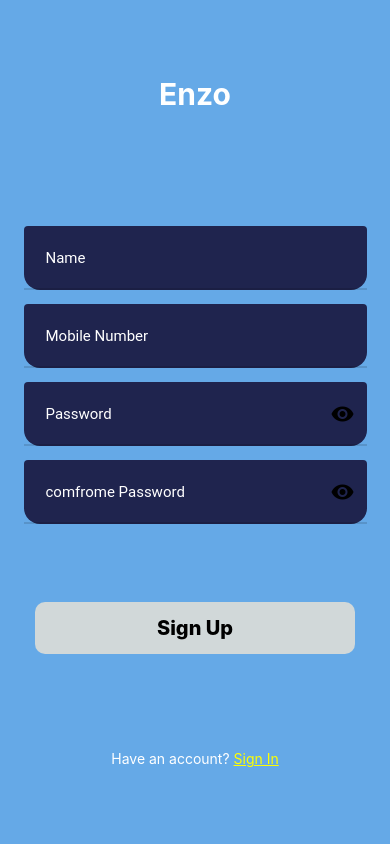
Repository: Milith97/Bus-App
Screen: /, after clicking the first element matching `div.r-transitionProperty-1i6wzkk`
An editor plug-in stored every save of this project. The screen is shown before and after the next save, followed by the edit.
The app was drawn by React Native's web renderer in a window 390 px wide. The project was rebuilt for these pictures with package versions that can differ from the ones it lists, and the page was loaded fresh each time. Also part of the build but not shown: pages/HomePage.js, pages/ForgotPassword.js, pages/VerificationCode.js, pages/NewPassword.js, pages/HomePage2.js, Common/component/DrawerNav.js, pages/BookMySheet.js, pages/BusShedule.js and 1 more.

Above is the screen before, as saved 2024-01-12 09:50:04.

### App.js
import React, { useEffect, useState } from 'react'
import { createStackNavigator } from '@react-navigation/stack';
import { NavigationContainer } from '@react-navigation/native';
import SplashPage from './pages/SplashPage';
import LoginPage from './pages/LoginPage';
import SignUpPage from './pages/SignUpPage';
import HomePage from './pages/HomePage';
import ForgotPassword from './pages/ForgotPassword';
import VerificationCode from './pages/VerificationCode';
import NewPassword from './pages/NewPassword';
import HomePage2 from './pages/HomePage2';
import DrawerNav from './Common/component/DrawerNav';
import BookMySheet from './pages/BookMySheet';
import BusShedule from './pages/BusShedule';
import PaymentPage from './pages/PaymentPage';

const Stack = createStackNavigator();

const App = () => {
    const [isAppReady, setIsAppReady] = useState(false);

    useEffect(() => {
        setTimeout(() => {
            setIsAppReady(true);
        }, 1300); /* Adjust the delay as needed */
    }, []);

    return (
            <NavigationContainer>
                <Stack.Navigator>
                    {isAppReady ? (
                        <>
                            <Stack.Screen options={{ headerShown: false }} name="LoginPage" component={LoginPage} />
                            <Stack.Screen options={{ headerShown: false }} name="SignUpPage" component={SignUpPage} />
                            <Stack.Screen options={{ headerShown: false }} name="WelcomePage" component={HomePage} />
                            <Stack.Screen options={{ headerShown: false }} name="ForgotPassword" component={ForgotPassword} />
                            <Stack.Screen options={{ headerShown: false }} name="VerificationCode" component={VerificationCode} />
                            <Stack.Screen options={{ headerShown: false }} name="NewPassword" component={NewPassword} />
                            <Stack.Screen options={{ headerShown: false }} name="HomePage2" component={HomePage2} />
                            <Stack.Screen options={{ headerShown: false }} name="DrawerNav" component={DrawerNav} />
                            <Stack.Screen options={{ headerShown: false }} name="BookMySheet" component={BookMySheet} />
                            <Stack.Screen options={{ headerShown: false }} name="BusShedule" component={BusShedule} />
                            <Stack.Screen options={{ headerShown: false }} name="PaymentPage" component={PaymentPage} />
                        </>
                    ) : (
                        <Stack.Screen options={{ headerShown: false }} name="SplashScreen" component={SplashPage} />
                    )}


                </Stack.Navigator>
            </NavigationContainer>
    )
}

export default App;

### pages/SplashPage.js
import { StyleSheet, Text, View,StatusBar } from 'react-native'
import React from 'react'


export default function SplashPage() {
    return (

        <View style={styles.container}>
             {/*  -----------------------------SplashScreen----------------------------------- */}
            <StatusBar backgroundColor='#65A9E7'></StatusBar>
            <Text style={styles.Text}>Enzo</Text>
        </View>
    )
}

const styles = StyleSheet.create({
    container: {
        flex: 1,
        backgroundColor: '#65A9E7',
        justifyContent: 'center',
        alignItems: 'center'
    },
    Text: {
        color: "#fff",
        fontSize:50,
        fontWeight:'bold',
        fontFamily:'inter'
    }

})

### pages/LoginPage.js
import React, { useState } from 'react';
import { StyleSheet, Text, View, StatusBar, TextInput, TouchableOpacity, Pressable } from 'react-native'

export default function LoginPage({ navigation }) {
    const [email, setEmail] = useState('');
    const [password, setPassword] = useState('');
    const [errorMessage, setErrorMessage] = useState('');

    const handleSignIn = async () => {
        try {
            const apiEndpoint = 'YOUR_API_ENDPOINT';
            const apiKey = 'YOUR_API_KEY';

            const response = await fetch(apiEndpoint, {
                method: 'POST',
                headers: {
                    'Content-Type': 'application/json',
                    'Authorization': `Bearer ${apiKey}`,
                },
                body: JSON.stringify({
                    email,
                    password,
                }),
            });

            if (!response.ok) {
                setErrorMessage('Invalid credentials');
                return;
            }

            navigation.navigate('HomeScreen');
        } catch (error) {
            console.error('Error during API call:', error);
        }
    };

    return (

        <View style={styles.container}>
            <StatusBar backgroundColor='#65A9E7'></StatusBar>

            {/*  ----------------------------HederTopic------------------------------------ */}

            <View style={styles.heder}>
                <Text style={styles.Text1}>Enzo</Text>
            </View>

            {/* ----------------------------MiddleSection------------------------------- */}

            <View style={styles.TextInput}>
                <TextInput
                    placeholder="Email"
                    placeholderTextColor="#ffffff"
                    style={styles.Text2}
                    onChangeText={(text) => setEmail(text)}
                />
                <TextInput
                    placeholder="Password"
                    placeholderTextColor="#ffffff"
                    style={styles.Text2}
                    secureTextEntry={true}
                    onChangeText={(text) => setPassword(text)}
                />
                <Pressable onPress={() => { navigation.navigate('ForgotPassword') }}>
                    <Text style={styles.Text3}>Forget Password ?</Text>
                </Pressable>

                <TouchableOpacity style={styles.button} onPress={() => { navigation.navigate('SignUpPage') }}>
                    <Text style={styles.buttonText}>Sign In</Text>
                </TouchableOpacity>
            </View>

            {/*  ------------------------------footer---------------------------------- */}

            <View style={styles.footer}>
                <Text style={styles.Text4}>
                    <Text>Dont have an account? </Text>
                </Text>
                <Pressable onPress={() => { navigation.navigate('SignUpPage') }}>
                    <Text style={styles.Text5}>
                        <Text>Sign Up</Text>
                    </Text>
                </Pressable>
            </View>
        </View>
    )
}

const styles = StyleSheet.create({
    container: {
        flex: 1,
        backgroundColor: '#65A9E7',
    },
    heder: {
        flex: 1,
        justifyContent: 'center',
        alignItems: 'center',
    },
    Text1: {
        color: "#fff",
        fontSize: 34,
        fontWeight: 'bold',
        fontFamily: 'Inter'
    },
    Text2: {
        backgroundColor: '#1f244e',
        height: 64,
        width: 343,
        fontSize: 15,
        borderRadius: 16,
        paddingLeft: 10,
        margin: 10,
        fontFamily: 'Inter',
    },
    Text3: {
        fontSize: 14,
        fontWeight: '400',
        color: '#fff',
        marginLeft: '55%',
        lineHeight: 20,
        fontFamily: 'Inter'
    },
    Text4: {
        fontSize: 15,
        fontWeight: '600',
        color: '#fff',
        marginTop: 95
    },
    Text5: {
        fontSize: 15,
        fontWeight: '600',
        color: "yellow",
        marginTop: 95,
        textDecorationLine: 'underline',
    },
    TextInput: {
        flex: 2,
        justifyContent: 'center',
        alignItems: 'center',
    },
    footer: {
        flex: 1,
        flexDirection: "row",
        justifyContent: 'center',
    },
    button: {
        width: 320,
        height: 52,
        justifyContent: 'center',
        alignItems: 'center',
        borderRadius: 10,
        backgroundColor: '#D1D8D9',
        margin: 10,
        marginTop: '10%'
    },
    buttonText: {
        fontSize: 20,
        fontWeight: '800',
        color: "#000",
        fontFamily: 'Inter'
    }
})

### pages/SignUpPage.js
import { StyleSheet, Text, View, TouchableOpacity, Pressable } from 'react-native'
import React, { useState } from 'react';
import { TextInput } from 'react-native-paper';

export default function SignUpPage({ navigation }) {

    const [name, setName] = useState('');
    const [mobileNumber, setMobileNumber] = useState('');
    const [password, setPassword] = useState('');
    const [confirmPassword, setConfirmPassword] = useState('');

    const handleSignUp = () => {
        const userData = {
            name: "John Doe",
            mobileNumber: "1234567890",
            password: "password123",
            confirmPassword: "password123",
        };

        axios.post('https://api.example.com/signup', userData)
            .then(response => {
                console.log(response.data);
                navigation.navigate('HomePage2');
            })
            .catch(error => {
                console.error(error);
            });
    };
    return (
        <View style={styles.container}>

            {/* -----------------------------HederTopic------------------------------------ */}
            <View style={styles.heder}>
                <Text style={styles.Text1}>Enzo</Text>
            </View>

            {/* ------------------------------TextInput------------------------------- */}
            <View style={styles.TextInput}>
                <TextInput
                    placeholder="Name"
                    placeholderTextColor="#ffffff"
                    style={styles.Text2}
                    value={name}
                    onChangeText={text => setName(text)}
                />
                <TextInput
                    placeholder="Mobile Number"
                    placeholderTextColor="#ffffff"
                    style={styles.Text2}
                    value={mobileNumber}
                    onChangeText={text => setMobileNumber(text)}
                />
                <TextInput
                    placeholder="Password"
                    placeholderTextColor="#ffffff"
                    style={styles.Text2}
                    value={password}
                    onChangeText={text => setPassword(text)}
                    right={<TextInput.Icon icon="eye" />}
                />
                <TextInput
                    placeholder="comfrome Password"
                    placeholderTextColor="#ffffff"
                    style={styles.Text2}
                    value={confirmPassword}
                    onChangeText={text => setConfirmPassword(text)}
                    right={<TextInput.Icon icon="eye" />}
                />


            </View>

            {/* ---------------------------ButtonSection----------------------------- */}
            <View style={styles.content}>
                <TouchableOpacity style={styles.button} onPress={() => { navigation.navigate('HomePage2') }}>
                    <Text style={styles.buttonText}>Sign Up</Text>
                </TouchableOpacity>
            </View>

            {/*  ------------------------------footer---------------------------------- */}

            <View style={styles.footer}>
                <View style={styles.Text4}>
                    <Text style={{ color: '#fff' }}>Have an account? </Text>
                </View>
                <Pressable onPress={() => { navigation.navigate('LoginPage') }}>
                    <View style={styles.Text5}>
                        <Text style={{ color: 'yellow' }}>Sign In</Text>
                    </View>
                </Pressable>
            </View>
        </View>
    )
}
const styles = StyleSheet.create({
    container: {
        flex: 1,
        backgroundColor: '#65A9E7',
    },
    heder: {
        flex: 2,
        justifyContent: 'center',
        alignItems: 'center',
    },
    TextInput: {
        flex: 4,
        justifyContent: 'center',
        alignItems: 'center',
    },
    content: {
        flex: 2,
        alignItems: 'center',
    },
    footer: {
        flex: 1,
        flexDirection: "row",
        justifyContent: 'center',
    },
    Text1: {
        color: "#fff",
        fontSize: 30,
        fontWeight: 'bold',
        fontFamily: 'Inter',
    },
    Text2: {
        backgroundColor: '#1f244e',
        height: 64,
        width: 343,
        fontSize: 15,
        borderRadius: 16,
        paddingLeft: 10,
        margin: 7,
        fontFamily: 'Inter',
    },
    Text4: {
        fontSize: 15,
        fontWeight: '600',
        color: "#fff",
    },
    Text5: {
        fontSize: 16,
        fontWeight: '600',
        color: "yellow",
        textDecorationLine: 'underline',
    },
    button: {
        width: 320,
        height: 52,
        justifyContent: 'center',
        alignItems: 'center',
        borderRadius: 10,
        backgroundColor: '#D1D8D9',
        marginTop: "10%",
    },
    buttonText: {
        fontSize: 20,
        fontWeight: '800',
        color: "#000",
        fontFamily: 'Inter'
    },
})

After the next save:
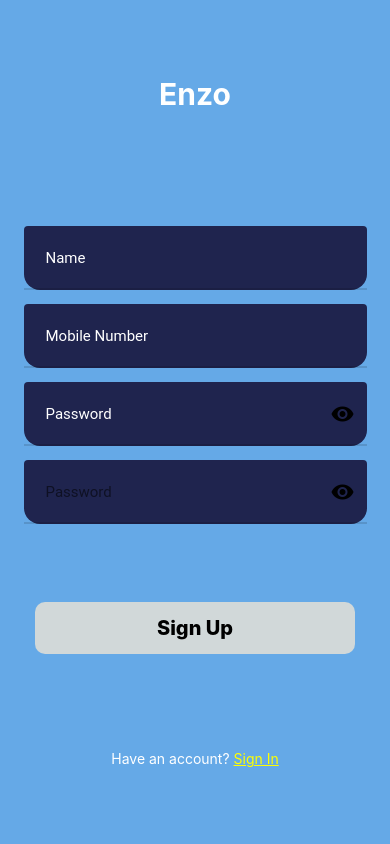
Saved 55 s later.
--- a/pages/SignUpPage.js
+++ b/pages/SignUpPage.js
@@ -59,8 +59,8 @@ export default function SignUpPage({ navigation }) {
                     right={<TextInput.Icon icon="eye" />}
                 />
                 <TextInput
-                    placeholder="comfrome Password"
-                    placeholderTextColor="#ffffff"
+                    label="Password"
+                    secureTextEntry
                     style={styles.Text2}
                     value={confirmPassword}
                     onChangeText={text => setConfirmPassword(text)}
